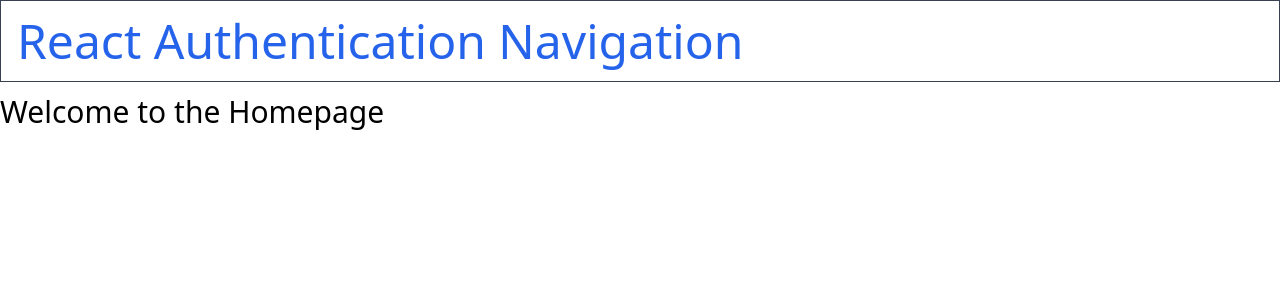
Repository: oderinde300/react-authentication-with-json-server
Page: /
An editor plug-in stored every save of this project. The page is shown before and after the next save, followed by the edit.
The browser window is 1280 px wide. The pictures show the whole page.
The project was rebuilt for these pictures with package versions that can differ from the ones it lists, and the page was loaded fresh each time. Also part of the build but not shown: src/components/authentication/Login.jsx, src/pages/LoginPage.jsx.

Above is the page before, as saved 2023-03-22 12:25:09.

### src/App.js
import { Routes, Route } from "react-router-dom";
import HomePage from "./pages/HomePage";
import LoginPage from "./pages/LoginPage";

function App() {
  return (
    <div>
      <h1 className="text-5xl text-blue-600 mb-3 border border-gray-700 p-4">
        React Authentication Navigation
      </h1>
      <Routes>
        <Route path="/" element={<HomePage />} />
        <Route path="/login" element={<LoginPage />} />
      </Routes>
    </div>
  );
}

export default App;

### src/pages/HomePage.jsx
import React from "react";

const HomePage = () => {
  return (
    <div>
      <h1 className="text-3xl">Welcome to the Homepage</h1>
    </div>
  );
};

export default HomePage;

Loaded but not shown: public/index.html (common file); src/index.js (common file); src/index.css (common file); tailwind.config.js (common file)

After the next save:
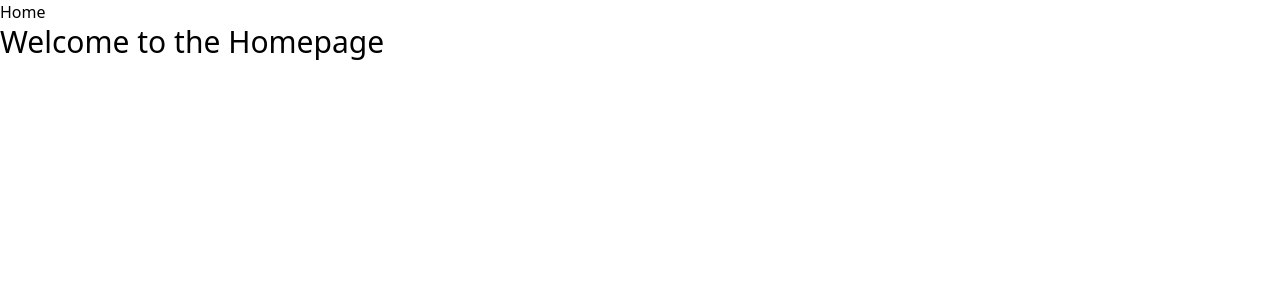
Saved 95 s later.
--- a/src/App.js
+++ b/src/App.js
@@ -5,9 +5,13 @@ import LoginPage from "./pages/LoginPage";
 function App() {
   return (
     <div>
-      <h1 className="text-5xl text-blue-600 mb-3 border border-gray-700 p-4">
-        React Authentication Navigation
-      </h1>
+      <header>
+        <nav>
+          <ul>
+            <li>Home</li>
+          </ul>
+        </nav>
+      </header>
       <Routes>
         <Route path="/" element={<HomePage />} />
         <Route path="/login" element={<LoginPage />} />
